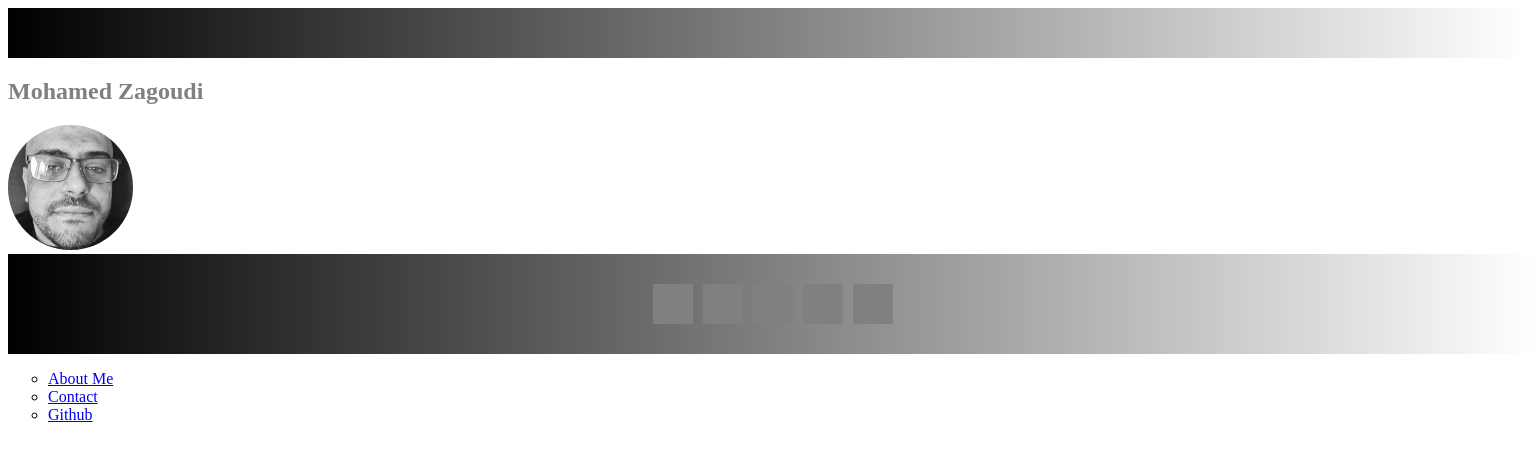
Repository: Mohzagou/Eersteportofolio
Page: index.html
These files come from the project's save history. The page is drawn as it stood at one moment and after the next save; the edit follows.
The browser window is 1280 px wide. The page is 1537 px wide, so the pictures cover 1537 px, including what lies to the right of the window. The pictures show the whole page.

Above is the page before, as saved 2022-06-07 22:47:33.

After the next save:
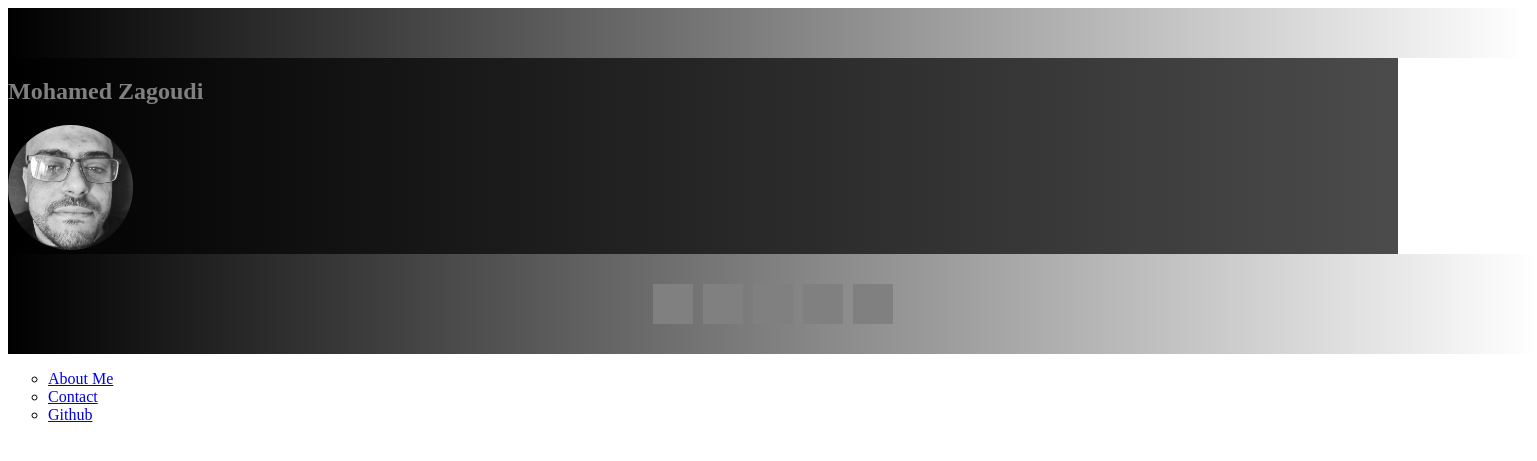
Saved 9 s later.
--- a/styles.css
+++ b/styles.css
@@ -23,7 +23,7 @@ section {
 .about-me {
     width: 110%;
     height: 200px;
-    background-image: repeating-linear-gradient(to right, black, grey, white 340ß0%);
+    background-image: repeating-linear-gradient(to right, black, grey, white 340%);
     /*background-color: rgb(177, 69, 21, 0.8);*/
     /*margin: 10px 0 10px 0;
     border: solid black 10px;
